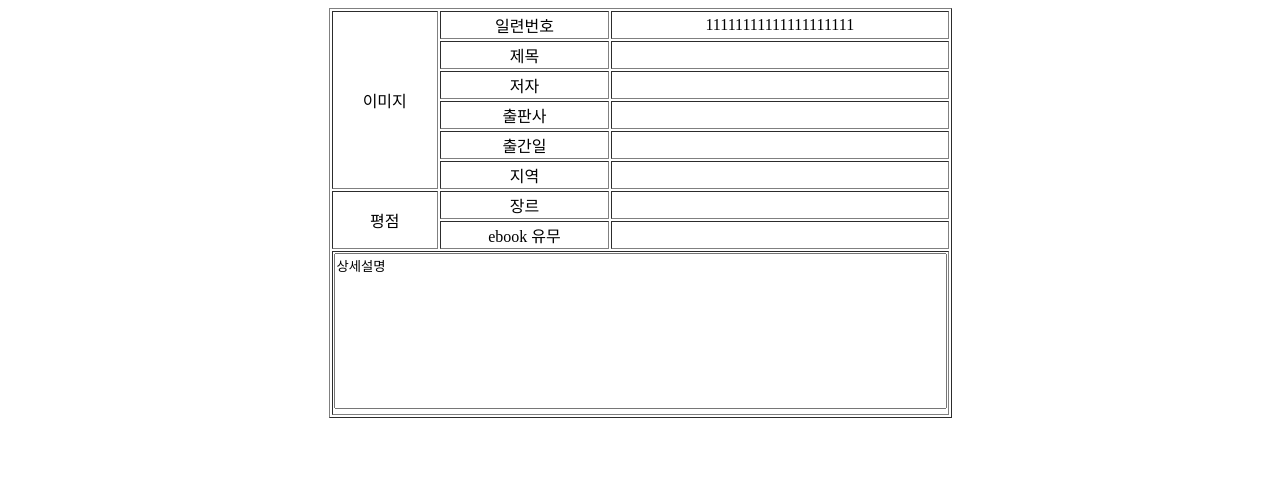
Repository: Served01/Project2_2209
Page: http://localhost/bookReviewProgram/bkListPro.jsp
These files come from the project's save history. The page is drawn as it stood at one moment and after the next save; the edit follows.
The browser window is 1280 px wide. The pictures show the whole page.
The page is served by Tomcat 9.

Above is the page before, as saved 2022-09-24 04:23:53.

After the next save:
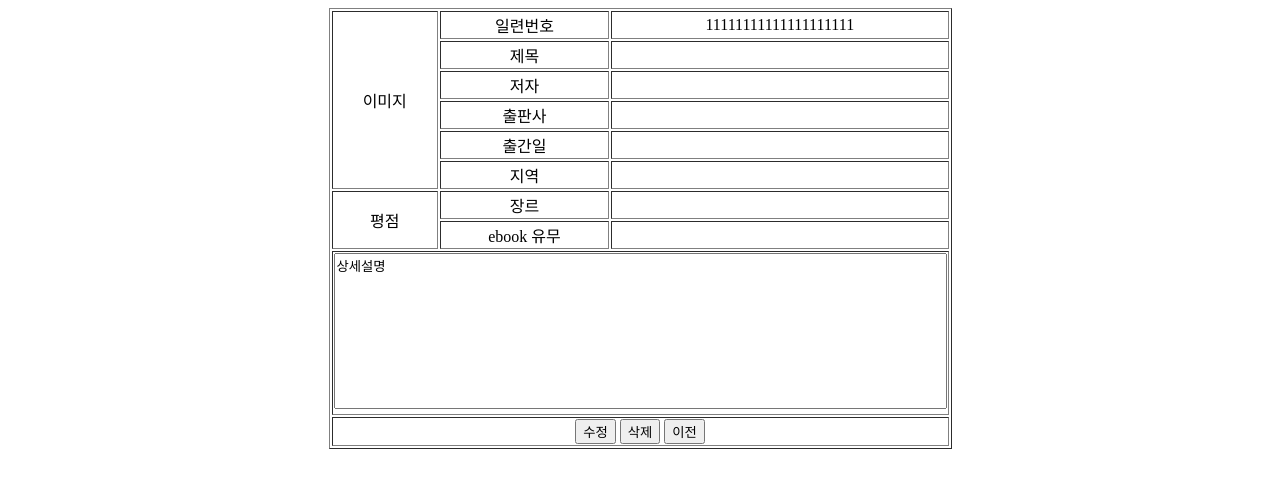
Saved 4 min 31 s later.
--- a/bookReviewProgram/src/main/webapp/bkListPro.jsp
+++ b/bookReviewProgram/src/main/webapp/bkListPro.jsp
@@ -62,6 +62,12 @@ margin: auto;
 		<td colspan="3">
 			<textarea rows="10" cols="74" name="bk_detail" style ="resize:none">상세설명</textarea></td>
 	</tr>
+	<tr align="center">
+		<td colspan="3">
+			<button type="button">수정</button>
+			<button type="button">삭제</button>
+			<button type="button">이전</button>
+	</tr>
 
 </table>
 </body>
